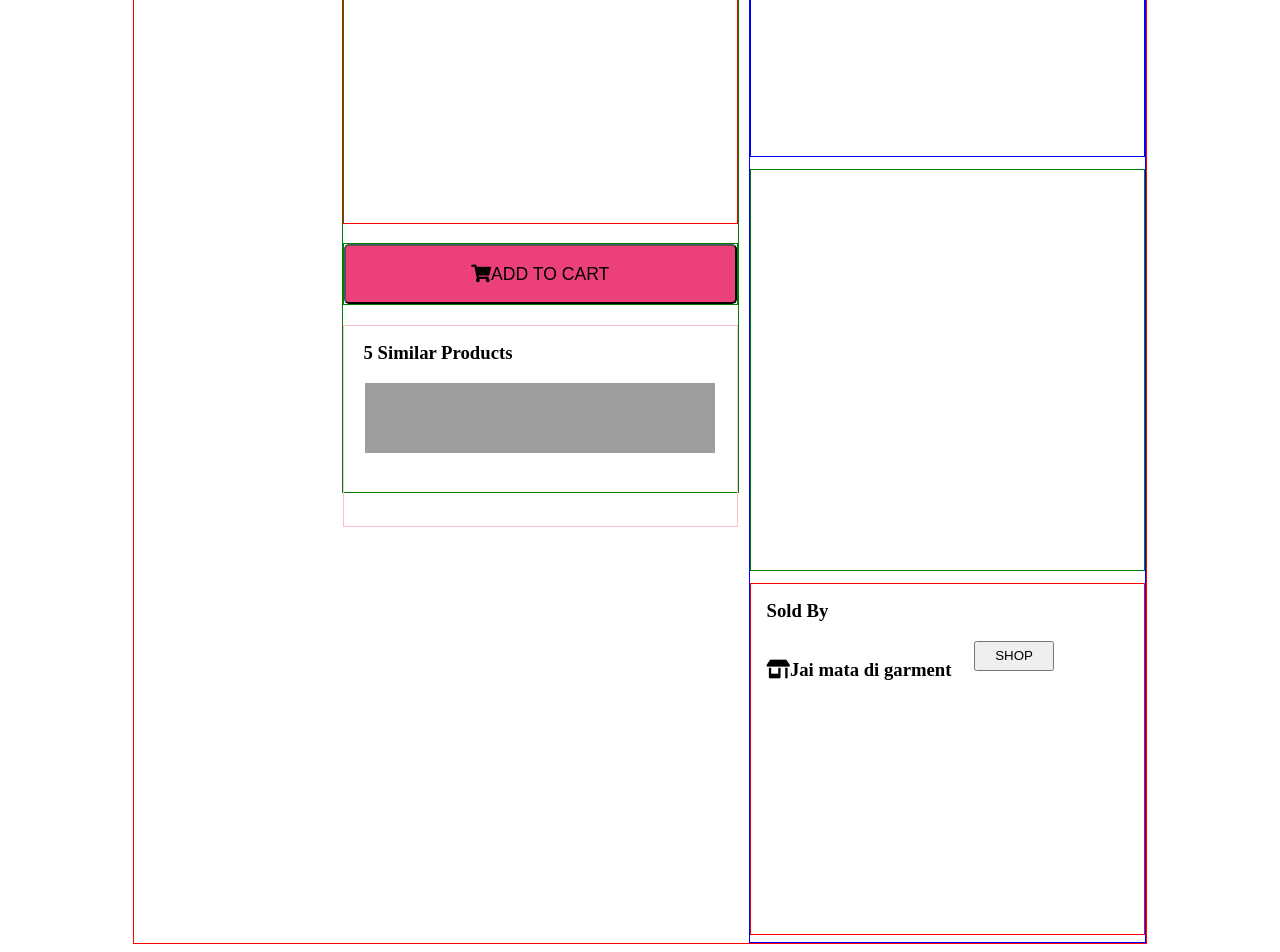
Repository: deepakxxxx/meesho
Page: catelog.html
These files come from the project's save history. The page is drawn as it stood at one moment and after the next save; the edit follows.
The browser window is 1280 px wide. The pictures show the part of the page from y = 419 to 1371 px (the page is 1371 px tall).
Pictures or frames that could not be fetched are drawn as grey boxes. A picture or video elsewhere on the page could not be fetched, so the positions and the page height are approximate.

Above is the page before, as saved 2021-11-06 17:44:39.

After the next save:
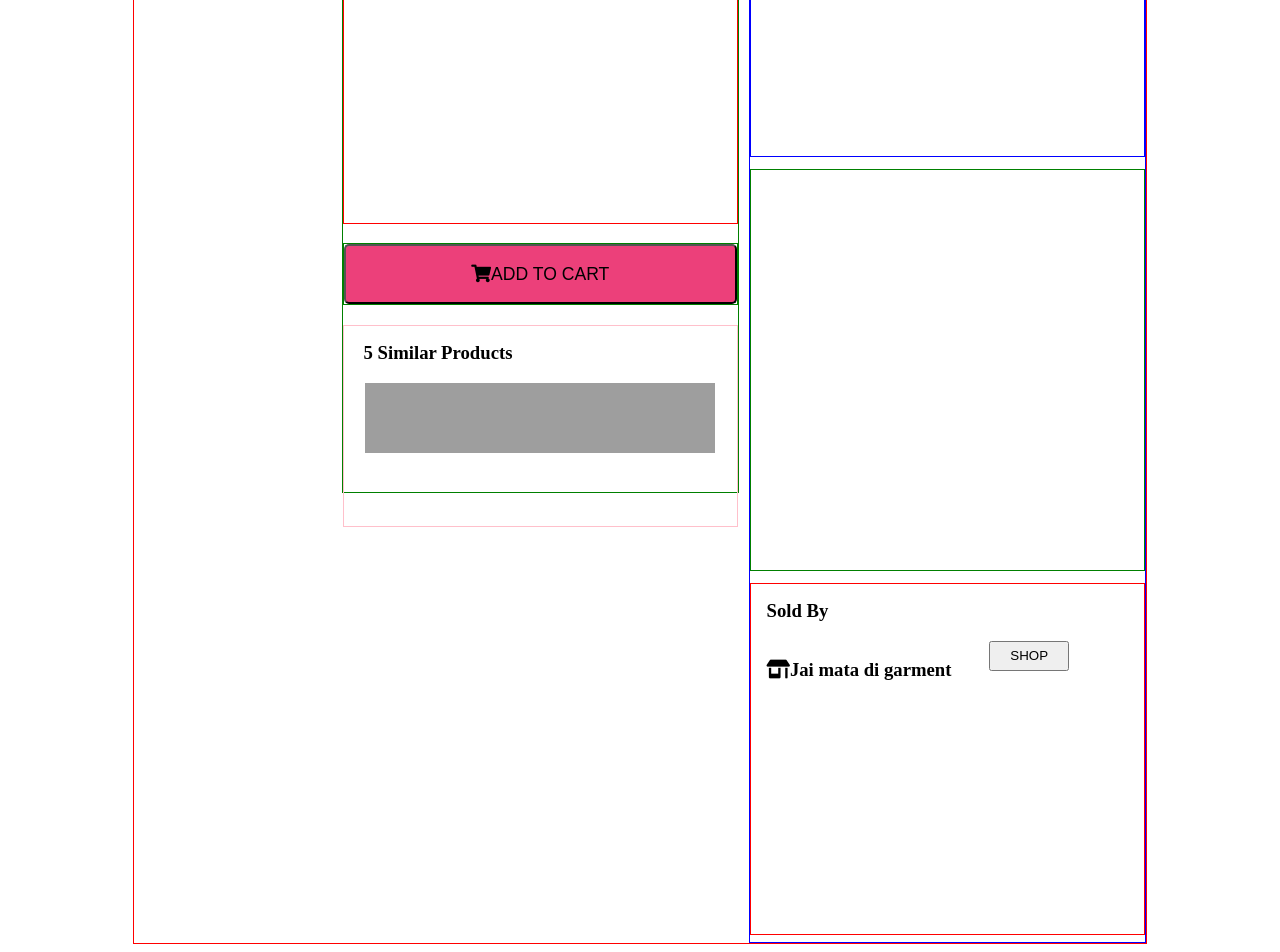
Saved 7 s later.
--- a/catelog.html
+++ b/catelog.html
@@ -219,7 +219,7 @@
     #sho{
         display: flex;
         margin-left: 4%;
-        column-gap: 6%;
+        column-gap: 10%;
     }
     #sho > button{
         width: 80px;
